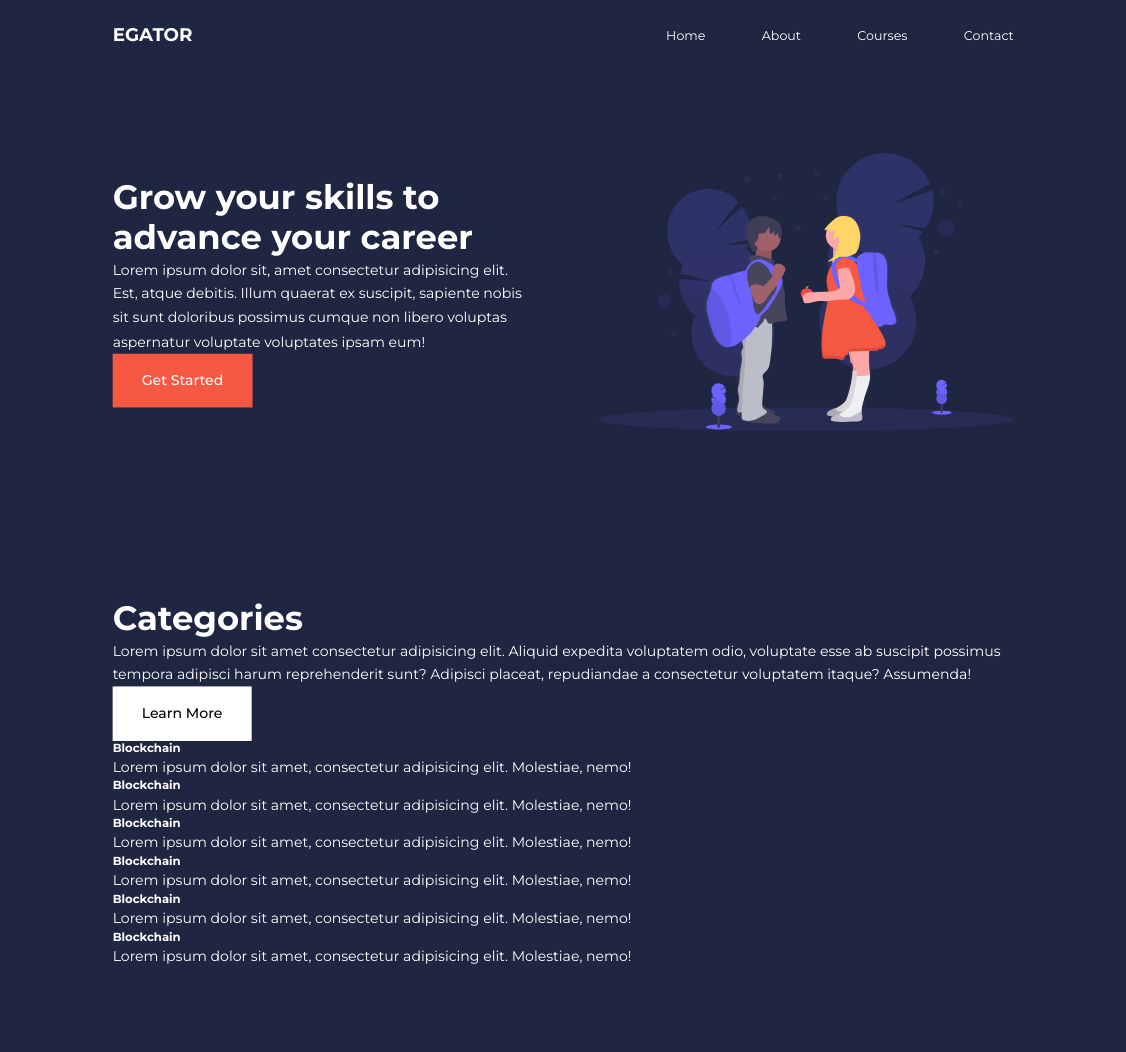
Repository: QUANGTHAI2003/education-web
Page: index.html
The author's editor kept a copy of each file at every save. The page is drawn from the files as they stood at one save, then again after the next save.
The browser window is 1280 px wide. The pictures show the whole page, at 88% of full size.
Some icons come from a web library that is not loaded, so they are not drawn.

Above is the page before, as saved 2022-03-11 11:41:52.

After the next save:
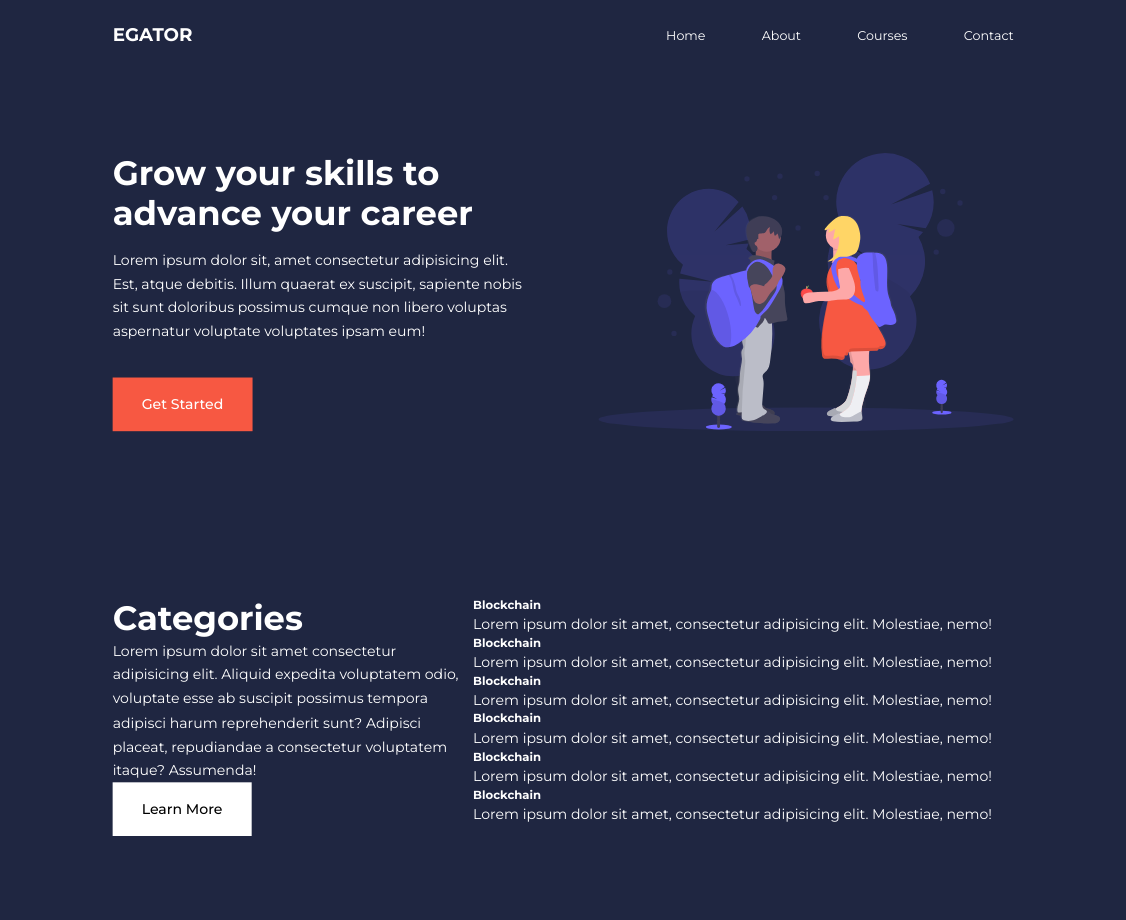
Saved 11 s later.
--- a/css/style.css
+++ b/css/style.css
@@ -158,3 +158,10 @@ header {
 }
 
 .header__left p {
+    margin: 1rem 0 2.4rem;
+}
+
+.categories__container {
+    display: grid;
+    grid-template-columns: 40% 60%
+}
